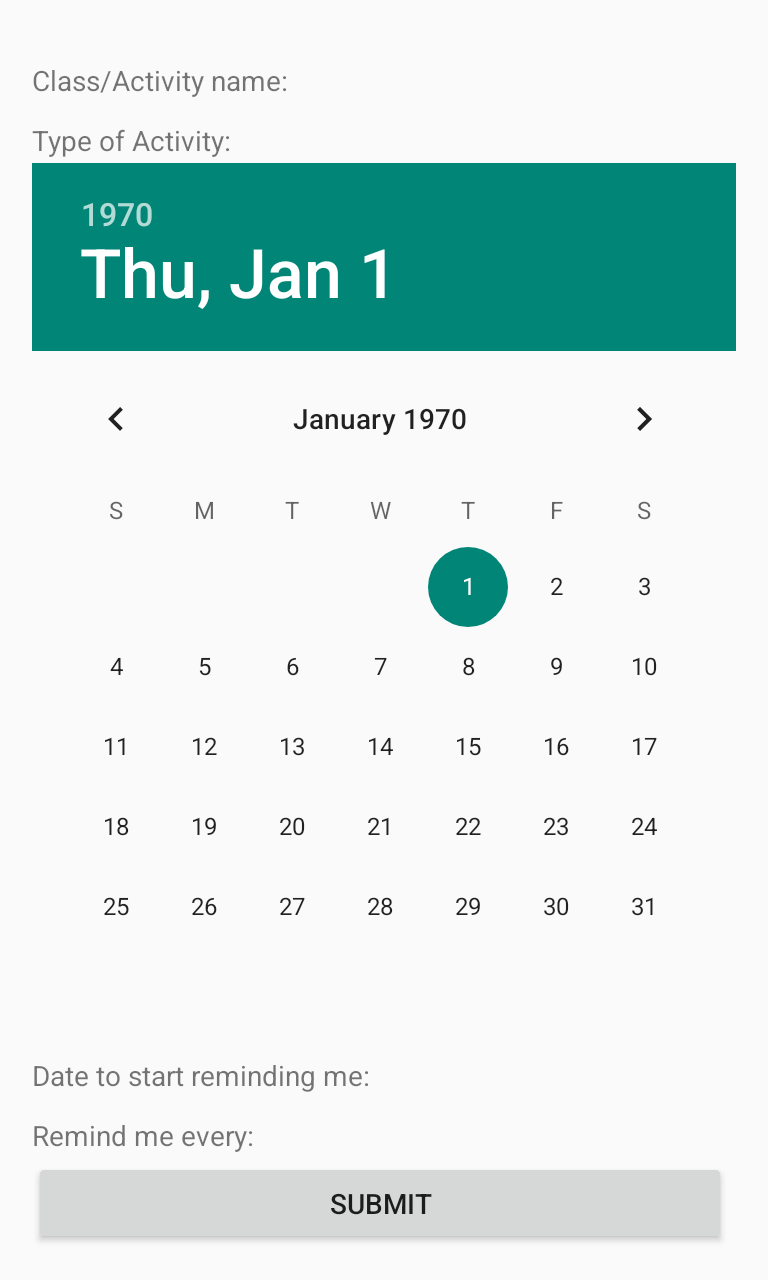
Repository: recursor94/hackathonspring2014
Layout: StudentPlanner/res/layout/fragment_new_endeavor.xml
An editor plug-in stored every save of this project. The layout is shown before and after the next save, followed by the edit.
It is drawn on a 768 x 1280 px phone screen (xhdpi) without system bars, with theme AppTheme; the app's code is not run.

Above is the layout before, as saved 2014-04-05 19:22:25.

After the next save:
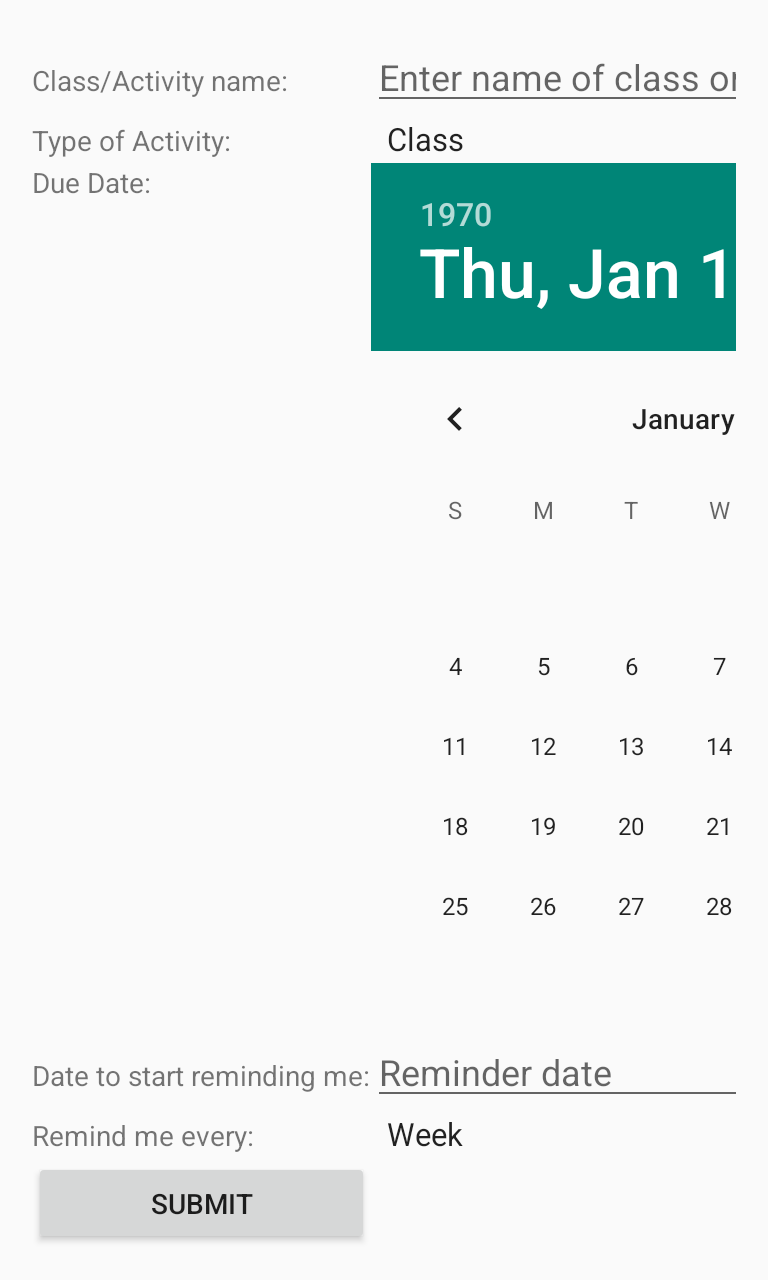
Saved 6 s later.
--- a/StudentPlanner/res/layout/fragment_new_endeavor.xml
+++ b/StudentPlanner/res/layout/fragment_new_endeavor.xml
@@ -44,7 +44,7 @@
         </TableRow>
   <TableRow>
 
-    <DatePicker
+    <TextView
         android:id="@+id/dueDateField"
         android:layout_width="wrap_content"
         android:layout_height="wrap_content"
